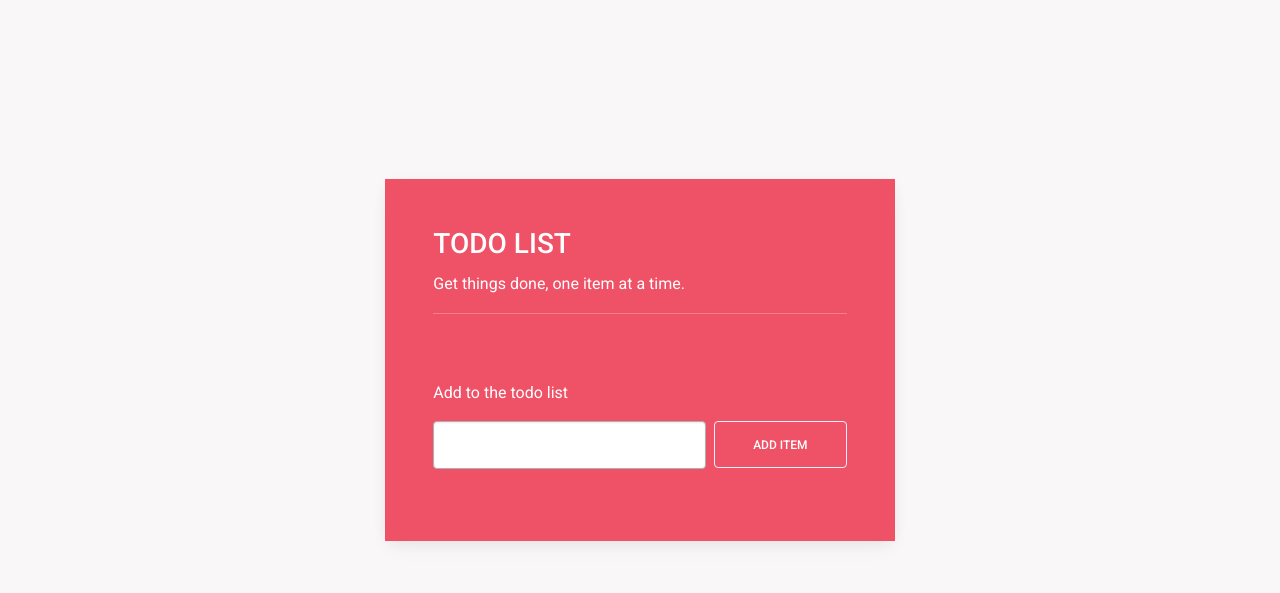
Repository: TinhTT336/MD02_HACKATHON01_HN_JV230620_BS_TranThiTinh_Basic
Page: /
These files come from the project's save history. The page is drawn as it stood at one moment and after the next save; the edit follows.
The browser window is 1280 px wide. The pictures show the whole page.
Some web libraries are served in a nearby version. The project was rebuilt for these pictures with package versions that can differ from the ones it lists, and the page was loaded fresh each time. Also part of the build but not shown: vite.config.js, src/App.css.

Above is the page before, as saved 2023-09-05 11:54:08.

After the next save:
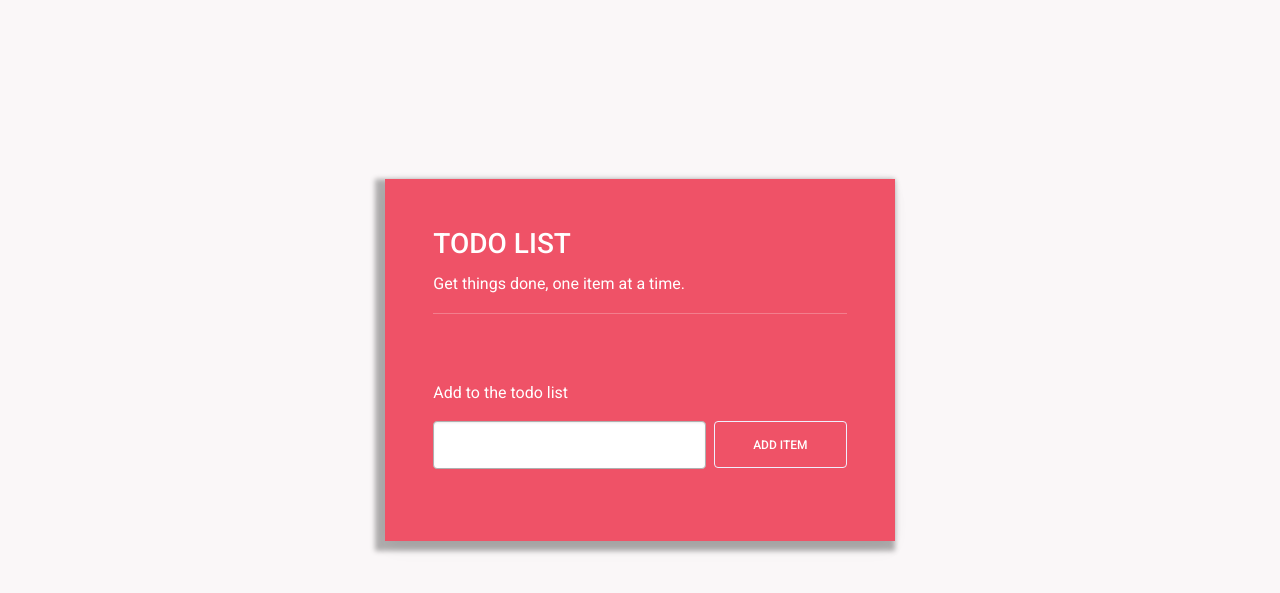
Saved 8 s later.
--- a/src/index.css
+++ b/src/index.css
@@ -77,7 +77,7 @@ body {
 .card-body {
   background-color: #ef5267 !important;
   color: #fff !important;
-  box-shadow: -5px 5px -5px -5px rgba(0, 0, 0, 0.3);
+  box-shadow: -5px 5px 5px 5px rgba(0, 0, 0, 0.3);
 }
 .form-control {
   background-color: #fff !important;
